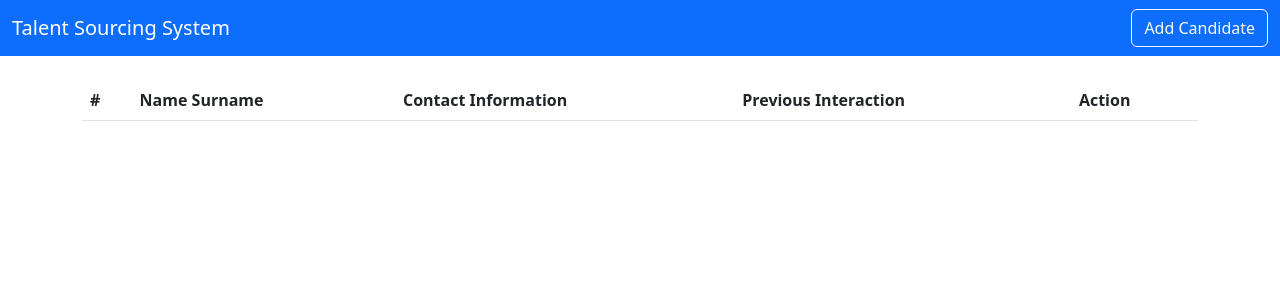
Repository: mfd10/talent-sourcing-system-frontend
Page: /
The author's editor kept a copy of each file at every save. The page is drawn from the files as they stood at one save, then again after the next save.
The browser window is 1280 px wide. The pictures show the whole page.
The page's requests for data from a server got no answer. The project was rebuilt for these pictures with package versions that can differ from the ones it lists, and the page was loaded fresh each time. No one was signed in, and anything a server would have sent is missing. Also part of the build but not shown: src/users/AddCandidates.js, src/users/EditCandidate.js, src/users/ViewCandidate.js, src/users/EditInteractions.js. Imported but missing from the stored project, and not drawn on this page: src/component/pop-up.

Above is the page before, as saved 2022-11-15 04:32:26.

### src/index.js
import React from 'react';
import ReactDOM from 'react-dom/client';
import App from './App';
import reportWebVitals from './reportWebVitals';

const cors = require('cors');
const corsOptions ={
    origin:'http://localhost:3000',
    credentials:true,            //access-control-allow-credentials:true
    optionSuccessStatus:200
}

const root = ReactDOM.createRoot(document.getElementById('root'));
root.render(
  <React.StrictMode>
    <App />
  </React.StrictMode>
);

// If you want to start measuring performance in your app, pass a function
// to log results (for example: reportWebVitals(console.log))
// or send to an analytics endpoint. Learn more: https://bit.ly/CRA-vitals
reportWebVitals();
App.use(cors(corsOptions));

### src/App.js
import "../node_modules/bootstrap/dist/css/bootstrap.min.css";
import Navbar from "./layout/Navbar";
import Home from "./pages/Home";
import { BrowserRouter as Router, Routes, Route } from "react-router-dom";
import AddCandidates from "./users/AddCandidates";
import EditCandidate from "./users/EditCandidate";
import Viewcandidate from "./users/ViewCandidate";
import EditInteractions from "./users/EditInteractions";

function App() {
  return (
    <div className="App">
      <Router>
        <Navbar></Navbar>
        <Routes>
          <Route exact path="/" element={<Home /> }></Route>
          <Route exact path="/addcandidate" element={<AddCandidates /> }></Route>
          <Route exact path="/edit/:id" element={<EditCandidate></EditCandidate>}></Route>
          <Route exact path="/view/:id" element={<Viewcandidate></Viewcandidate>}></Route>
          <Route exact path="/edit/interactions/:id" element={<EditInteractions></EditInteractions>}></Route>
        </Routes>
      </Router>
    </div>
  );
}

export default App;

### src/layout/Navbar.js
import React from "react";
import { Link } from "react-router-dom";

export default function Navbar() {
  return (
    <div>
      <nav className="navbar navbar-expand-lg navbar-dark bg-primary">
        <div className="container-fluid">
          <a href="/#" className="navbar-brand">
            Talent Sourcing System
          </a>
          <button
            className="navbar-toggler"
            type="button"
            data-bs-toggle="collapse"
            data-bs-target="#navbarSupportedContent"
            aria-controls="navbarSupportedContent"
            aria-expanded="false"
            aria-label="Toggle navigation"
          >
            <span className="navbar-toggler-icon"></span>
          </button>
          <Link className="btn btn-outline-light" to="/addcandidate">
            Add Candidate
          </Link>
        </div>
      </nav>
    </div>
  );
}

### src/pages/Home.js
import React, { useEffect, useState } from "react";
import axios from "axios";
import { Link, useParams } from "react-router-dom";

export default function Home() {
  const [candidates, setCandidates] = useState([]);

  const { id } = useParams();


  useEffect(() => {
    loadCandidates();
  }, []);



  const loadCandidates = async () => {
    const result = await axios.get("http://localhost:8080/api/v1/candidates");
    setCandidates(result.data);

  };

  const deleteCandidate = async (id) => {
    await axios.delete(`http://localhost:8080/api/v1/candidates/${id}`);
    loadCandidates();
  };

  return (
    <div className="container">
      <div className="py-4">
        <table className="table table-striped ">
          <thead>
            <tr>
              <th scope="col">#</th>
              <th scope="col">Name Surname</th>
              <th scope="col">Contact Information</th>
              <th scope="col">Previous Interaction</th>
              <th scope="col">Action</th>
            </tr>
          </thead>
          <tbody>
            {candidates.map((candidate, index) => (
              <tr>
                <th scope="row" key={index}>
                  {index + 1}
                </th>
                <td>{candidate.name}</td>
                <td>{candidate.contactInformation}</td>
                <td>{candidate.candidateInteraction.type}</td>
                <td>
                  <Link
                    className="btn btn-primary mx-2"
                    to={`/view/${candidate.id}`}
                  >
                    View
                  </Link>

                  <Link
                    className="btn btn-outline-primary mx-2"
                    to={`/edit/${candidate.id}`}
                  >
                    Edit
                  </Link>
                  <button
                    className="btn btn-danger mx-2"
                    onClick={() => deleteCandidate(candidate.id)}
                  >
                    Delete
                  </button>
                </td>
              </tr>
            ))}
          </tbody>
        </table>
      </div>
    </div>
  );
}

Loaded but not shown: public/index.html (common file); src/reportWebVitals.js (common file)

After the next save:
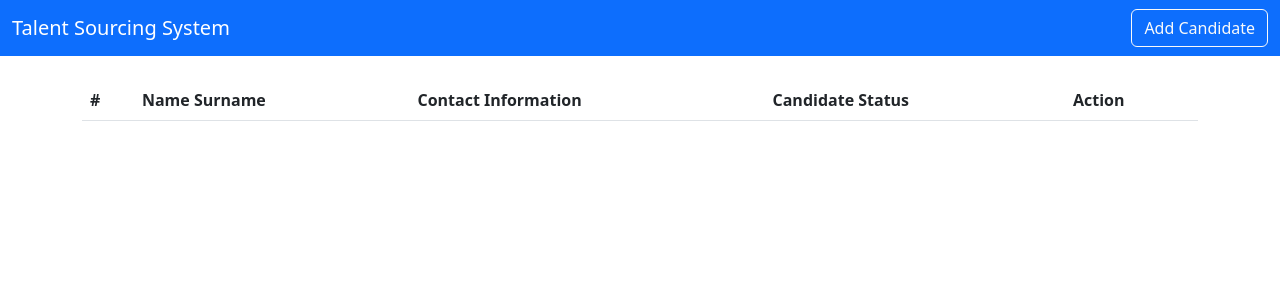
Saved 15 s later.
--- a/src/pages/Home.js
+++ b/src/pages/Home.js
@@ -34,7 +34,7 @@ export default function Home() {
               <th scope="col">#</th>
               <th scope="col">Name Surname</th>
               <th scope="col">Contact Information</th>
-              <th scope="col">Previous Interaction</th>
+              <th scope="col">Candidate Status</th>
               <th scope="col">Action</th>
             </tr>
           </thead>
@@ -46,7 +46,7 @@ export default function Home() {
                 </th>
                 <td>{candidate.name}</td>
                 <td>{candidate.contactInformation}</td>
-                <td>{candidate.candidateInteraction.type}</td>
+                <td>{candidate.status}</td>
                 <td>
                   <Link
                     className="btn btn-primary mx-2"
